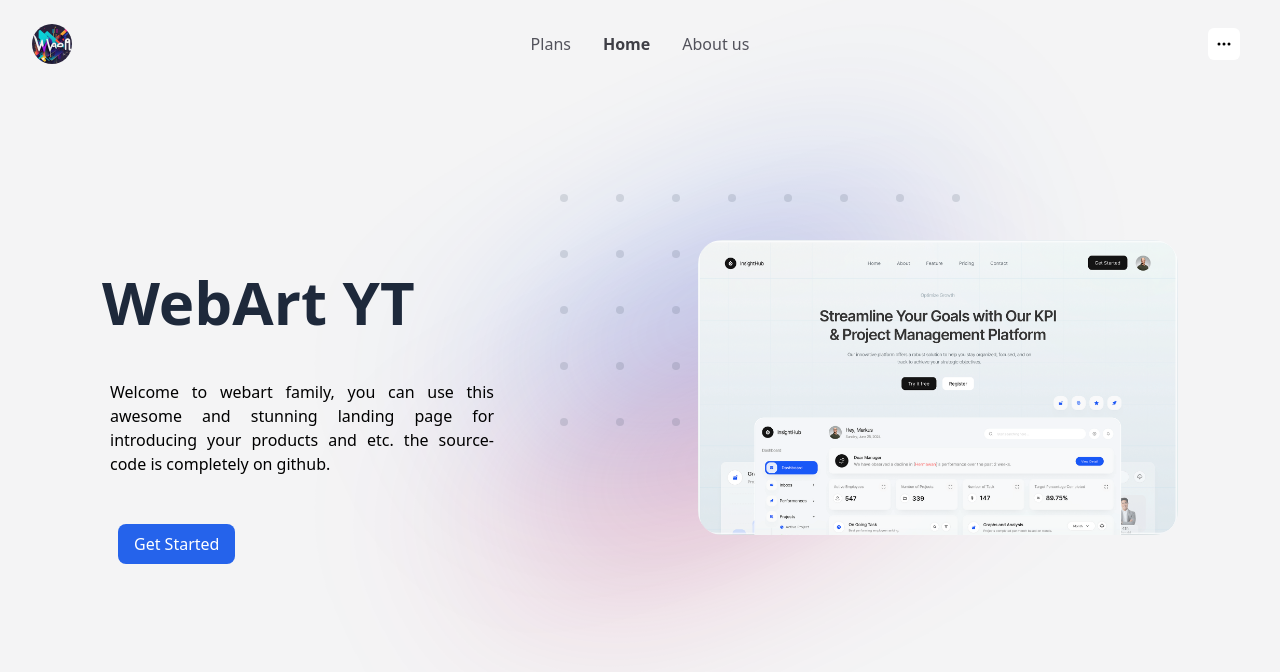
Repository: 30namp/youtube-web-art-code
Page: stunning landing page 1/index.html
These files come from the project's save history. The page is drawn as it stood at one moment and after the next save; the edit follows.
The browser window is 1280 px wide. The pictures show the whole page.

Above is the page before, as saved 2024-09-26 21:21:12.

After the next save:
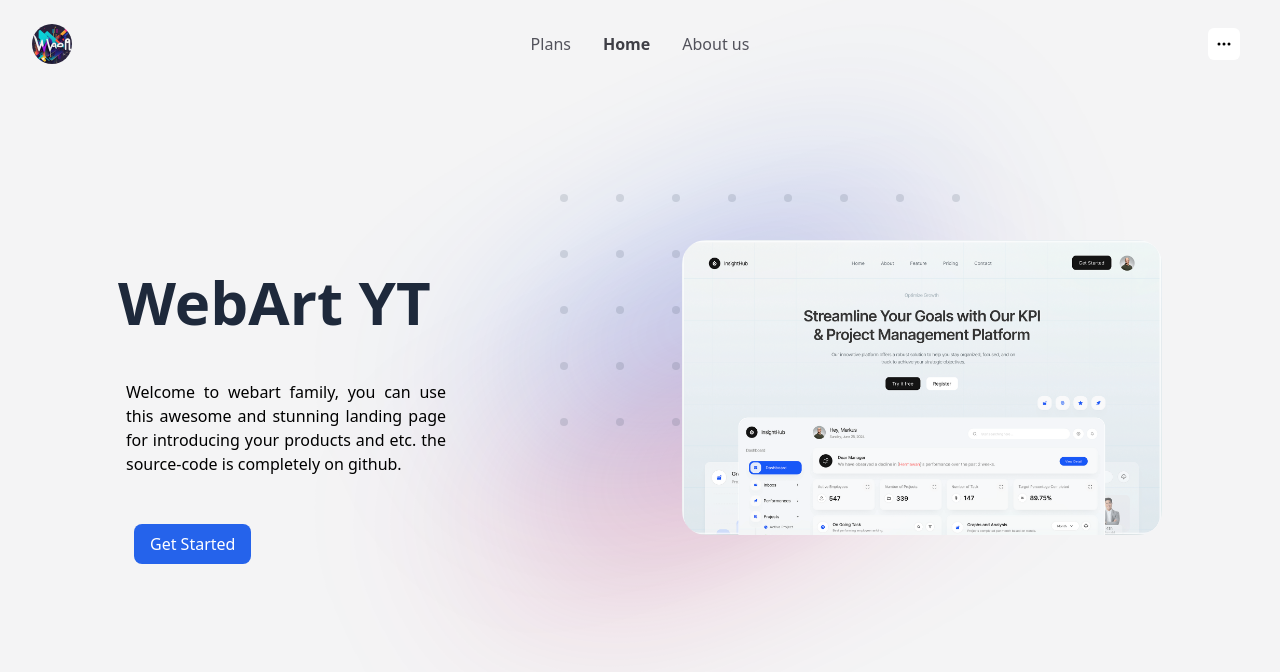
Saved 6 s later.
--- a/stunning landing page 1/index.html
+++ b/stunning landing page 1/index.html
@@ -94,7 +94,7 @@
     <div class="hero-section relative pt-60 flex justify-around items-start">
       <div class="content flex flex-col items-start gap-12 pt-8">
         <h1 class="text-6xl font-bold text-slate-800">WebArt YT</h1>
-        <p class="description w-96 ml-2 text-justify">
+        <p class="description w-80 ml-2 text-justify">
           Welcome to webart family, you can use this awesome and stunning
           landing page for introducing your products and etc. the source-code is
           completely on github.
